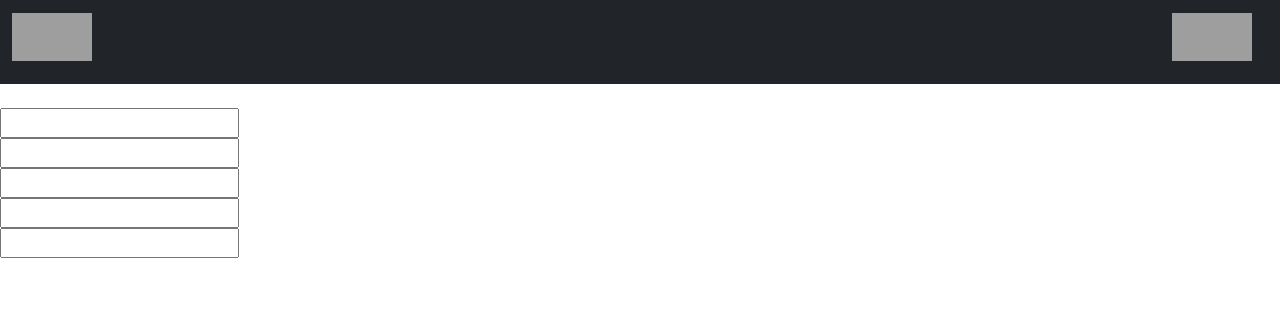
Repository: Rudreshwarhiremath/Projects-cm
Page: http://localhost/xworkz-rudra-cm/signUp.jsp
These files come from the project's save history. The page is drawn as it stood at one moment and after the next save; the edit follows.
The browser window is 1280 px wide. The pictures show the whole page.
Pictures or frames that could not be fetched are drawn as grey boxes. The page is served by Tomcat 9.

Above is the page before, as saved 2023-03-28 09:45:14.

After the next save:
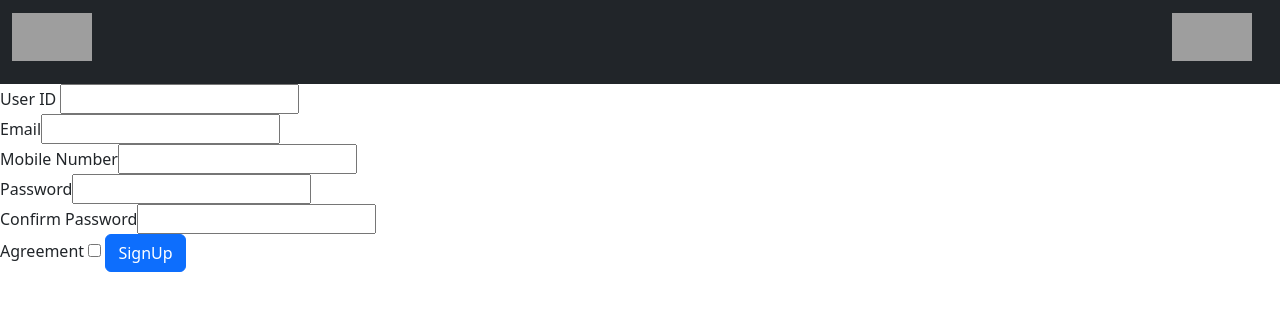
Saved 9 min 16 s later.
--- a/xworkz-rudra-cm/src/main/webapp/signUp.jsp
+++ b/xworkz-rudra-cm/src/main/webapp/signUp.jsp
@@ -28,13 +28,14 @@
 		</div>
 	</nav>
 
-	<form action="save" method="get"> <br>
-	<input type="text" name="userId"> <br>
-	<input type="email" name="email"> <br>
-	<input type="number" name="mobile"> <br>
-	<input type="password" name="password"> <br>
-	<input type="password" name="confirmPassword"> <br>
-
+	<form action="save" method="get">
+User ID	<input type="text" name="userId"> <br>
+Email<input type="email" name="email"> <br>
+Mobile Number<input type="number" name="mobile"> <br>
+Password<input type="password" name="password"> <br>
+Confirm Password<input type="password" name="confirmPassword"> <br>
+Agreement <input type="checkbox" name="agreement">
+<button type="submit" class="btn btn-primary">SignUp</button>
 
 	</form>
 </body>
